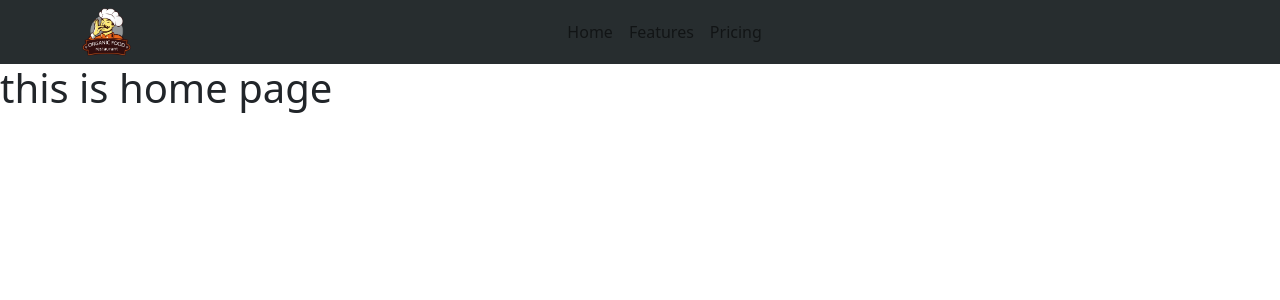
Repository: mdrubel02/organic-food-restaurnat
Page: /
An editor plug-in stored every save of this project. The page is shown before and after the next save, followed by the edit.
The browser window is 1280 px wide. The pictures show the whole page.
The project was rebuilt for these pictures with package versions that can differ from the ones it lists, and the page was loaded fresh each time.

Above is the page before, as saved 2022-07-02 15:48:22.

### src/index.css
@import url('https://fonts.googleapis.com/css2?family=Poppins:wght@300;400;500;600&display=swap');

* {
    margin: 0;
    padding: 0;
    border: 0;
    outline: 0;
    box-sizing: border-box;
    list-style: none;
    text-decoration: none;
}

:root {
    --color-bg: #272D2F;
    --color-bg-variant: #ffec78;
    --color-primary: #eb671b;
    --color-primary-variant: #310e0e;

    --transition: all 400ms ease;
}

body {
    font-family: 'Poppins', sans-serif;
}

h1,
h2,
h3,
h4,
h5,
h6 {
    font-weight: 500;
}

a {
    color: var(--color-primary);
    transition: var(--transition);
}

a:hover {
    color: var(--color-white);
}

.button {
    text-align: center;
    width: max-content;
    display: inline-block;
    color: var(--color-primary);
    padding: 0.75rem 1.2rem;
    border-radius: 0.4rem;
    border: 1px solid var(--color-primary);
    transition: var(--transition);
}

.button:hover {
    background: var(--color-white);
    color: var(--color-bg);
    border-color: transparent;
}

.button-primary {
    background: var(--color-primary);
    color: var(--color-bg);
}

img {
    display: block;
    width: 100%;
    object-fit: cover;
}

### src/App.js
import { Route, Routes } from "react-router-dom";
import HeaderOne from "./Components/Header/HeaderOne.js";
import Home from "./Components/Home/Home";


function App() {
  return (
    <div>
      <HeaderOne />
      <Routes>
        <Route path="/" element={<Home />} />
      </Routes>
    </div>
  );
}

export default App;

### src/Components/Header/HeaderOne.js
import React from 'react';
import './HeaderOne.css'
import Container from 'react-bootstrap/Container';
import { Navbar, Nav } from 'react-bootstrap';
import logo from '../../Accets/restaurant logo.png'
import { Link } from 'react-router-dom';

const HeaderOne = () => {
    return (
        <Navbar className='one'>
            <Container>
                <Link to='/'>
                    <img className='logo img' src={logo} alt="" />
                </Link>
                <Nav className="mx-auto">
                    <Nav.Link href="#home">Home</Nav.Link>
                    <Nav.Link href="#features">Features</Nav.Link>
                    <Nav.Link href="#pricing">Pricing</Nav.Link>
                </Nav>
            </Container>
        </Navbar>
    );
};

export default HeaderOne;

### src/Components/Home/Home.js
import React from 'react';

const Home = () => {
    return (
        <div>
            <h1>this is home page</h1>
        </div>
    );
};

export default Home;

### src/Components/Header/HeaderOne.css
.one{
    background-color: var(--color-bg);
}
.logo{
    height: 3rem;
}

### src/Components/Header/HeaderTwo.js
import React from 'react';

const HeaderTwo = () => {
    return (
        <div>
            <h1>this is headerTwo page</h1>
        </div>
    );
};

export default HeaderTwo;

Loaded but not shown: public/index.html (common file); src/index.js (common file); src/reportWebVitals.js (common file)

After the next save:
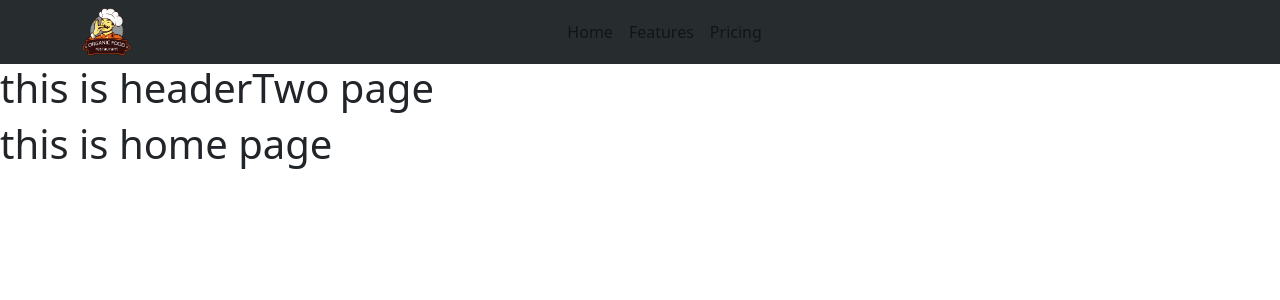
Saved 24 s later.
--- a/src/App.js
+++ b/src/App.js
@@ -1,5 +1,6 @@
 import { Route, Routes } from "react-router-dom";
 import HeaderOne from "./Components/Header/HeaderOne.js";
+import HeaderTwo from "./Components/Header/HeaderTwo.js";
 import Home from "./Components/Home/Home";
 
 
@@ -7,6 +8,7 @@ function App() {
   return (
     <div>
       <HeaderOne />
+      <HeaderTwo />
       <Routes>
         <Route path="/" element={<Home />} />
       </Routes>
